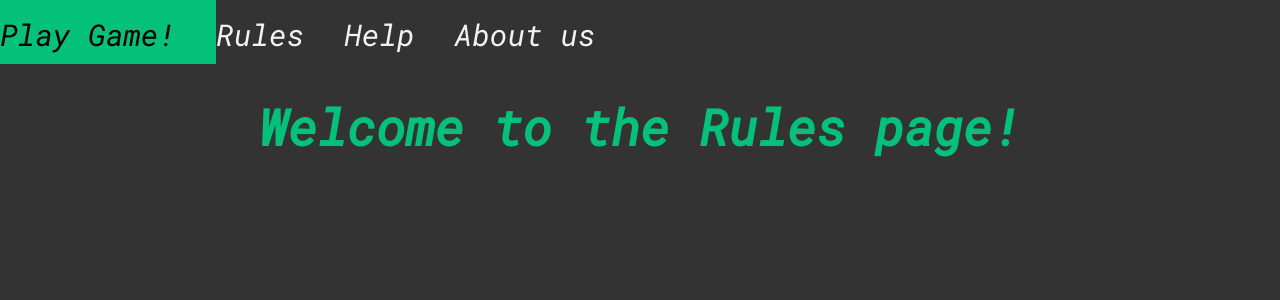
Repository: Ascendrospyder/rock-paper-scissors
Page: rulesPage.html
An editor plug-in stored every save of this project. The page is shown before and after the next save, followed by the edit.
The browser window is 1280 px wide. The pictures show the whole page.

Above is the page before, as saved 2022-12-26 12:00:10.

### rulesPage.html
<!DOCTYPE html>
<html lang="en">
<head>
    <meta charset="UTF-8">
    <meta http-equiv="X-UA-Compatible" content="IE=edge">
    <meta name="viewport" content="width=device-width, initial-scale=1.0">
    <title>Rules</title>
    <link rel="preconnect" href="https://fonts.googleapis.com"><link rel="preconnect" href="https://fonts.gstatic.com" crossorigin><link href="https://fonts.googleapis.com/css2?family=Roboto+Mono:ital@1&display=swap" rel="stylesheet">
    <link rel = "stylesheet" href="./css/style.css">
    <link rel = "stylesheet" href="./css/navbar.css">
</head>
<body>
    <nav>
        <div class = "nav-bar">
          <a class = "play-game" href = "app.html">Play Game!</a>
          <a class = "game-rules" href = "rulesPage.html">Rules</a>
          <a class = "help" href = "helpPage.html">Help</a>
          <a class = "about" href= "aboutPage.html">About us</a>
        </div>
      </nav>

    <div class = "title">
        <h1 class = "heading">Welcome to the <span class = "multicoloured">Rules</span> page!</h1>
    </div>
</body>
</html>

### css/style.css
/* The following code will remove the whitespace at the top of the browser */
* {
  margin: 0;
  padding: 0;
  border: 0;
  outline: 0;
  font-size: 100%;
  vertical-align: baseline;
  background: transparent;
}

body {
  background-color: #333;
}

.title {
  margin-bottom: 100px;
  display: flex;
  justify-content: center;
  align-items: center;
  margin-bottom: 300px;
}

.heading {
  font-size: 50px;
  color : #03c07b;
  font-family: 'Roboto Mono', monospace;
}

.multicoloured-text {
  background-image: linear-gradient(to left, violet, indigo, green, blue, red, orange, red);
  -webkit-background-clip: text;
  -moz-background-clip: text;
  background-clip: text;
  color: transparent;
}

.prompt {
  /* border : 2px solid black;  */
  display : flex;
  justify-content: flex-start;
  margin-bottom: 20px;
}

.prompt-message {
  font-size: 30px;
  color : #03c07b;
  font-family: 'Roboto Mono', monospace;
}
.results {
  border: 5px solid rgb(40, 40, 40);
  flex-wrap: wrap;
  display : flex;
  justify-content: space-between;
  margin-bottom: 15px;
}


.results > button {
  flex : 1 1 0;
  background-color: #333;
  color: white;
  font-size: 30px;
  font-family: 'Roboto Mono', monospace;
  transition: background-color 0.3s;
}

button {
  padding-top: 40px;
  padding-bottom: 40px;
}

button:hover {
  background-color: #03c07b;
  color: black;
}

### css/navbar.css
.nav-bar {
  /* border : 10px solid black;  */
  background-color : #333;
  overflow: hidden;
  margin-bottom: 30px;
  /* padding-left: 20px; */
}

.nav-bar a {
  font-family: 'Roboto Mono', monospace;
  text-decoration: none;
  float : left;
  color : #f2f2f2;
  text-align: center;
  font-size: 30px;
  padding-right: 40px;
  padding-top: 15px;
  padding-bottom: 10px;
  transition: background-color 0.8s;
}

.nav-bar a:hover {
  background-color: #03c07b;
  color: black;
}

.nav-bar a:active {
  background-color: #03c07b;
  color : white;
}

After the next save:
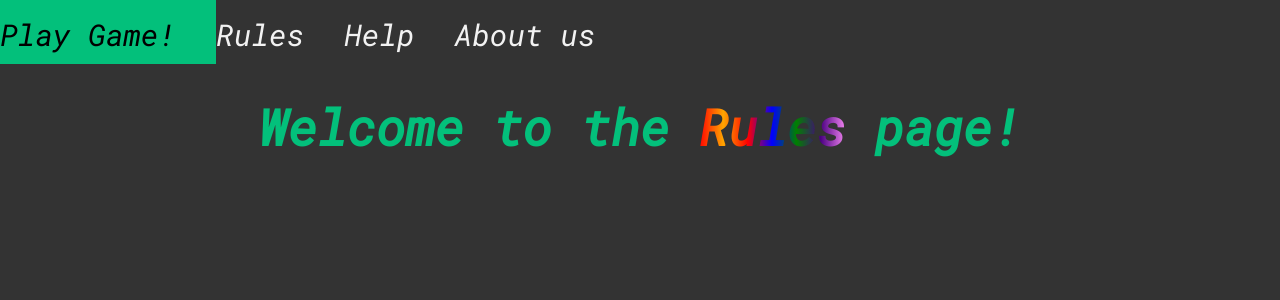
Saved 27 s later.
--- a/rulesPage.html
+++ b/rulesPage.html
@@ -20,7 +20,7 @@
       </nav>
 
     <div class = "title">
-        <h1 class = "heading">Welcome to the <span class = "multicoloured">Rules</span> page!</h1>
+        <h1 class = "heading">Welcome to the <span class = "multicoloured-text">Rules</span> page!</h1>
     </div>
 </body>
 </html>
